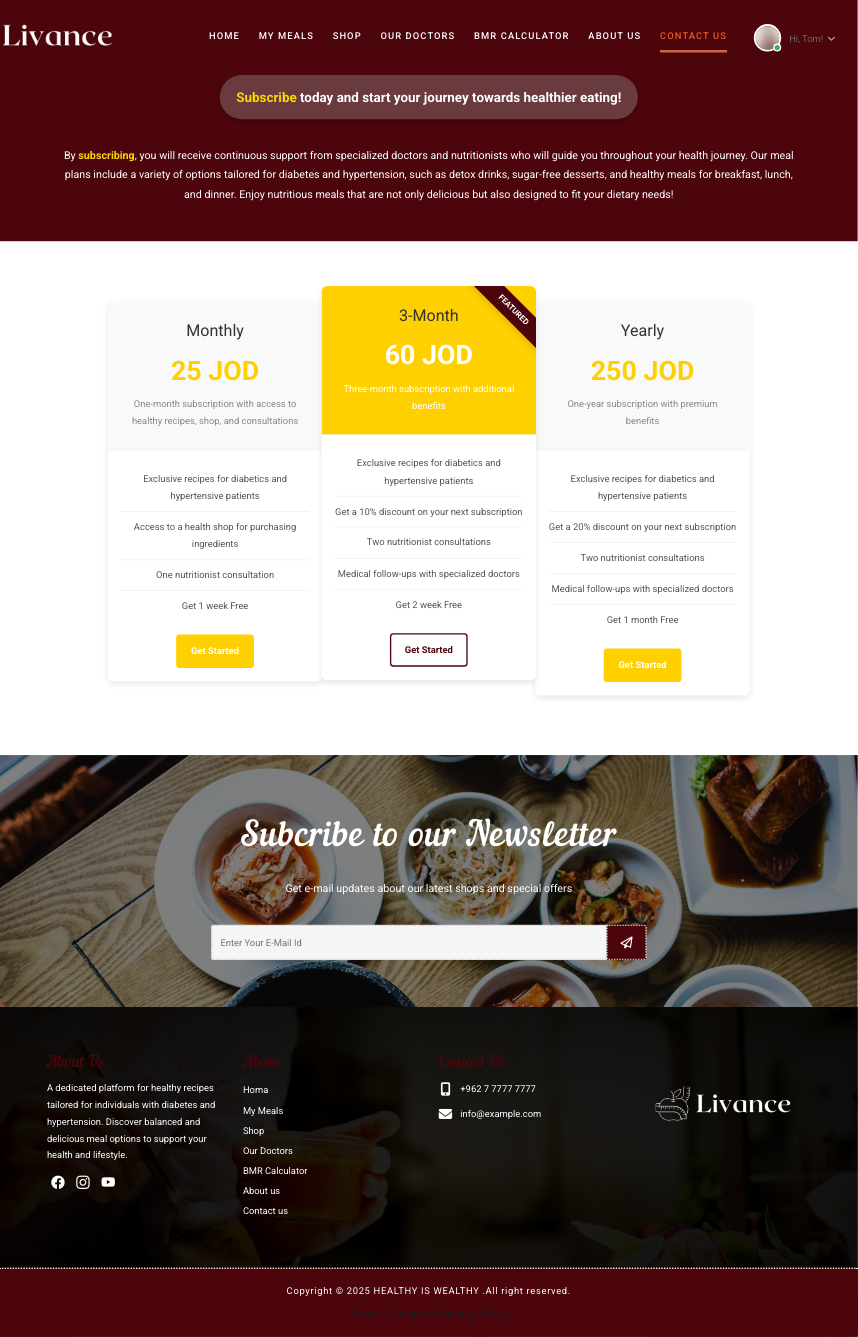
Repository: Surahailat/masterpiece
Page: masterpiece-p1/subsecribe.html
An editor plug-in stored every save of this project. The page is shown before and after a run of saves, followed by the edit.
The browser window is 1280 px wide. The pictures show the whole page, at 67% of full size.
Backgrounds fixed to the window are drawn as part of the page. Some web fonts or font styles are not loaded; a fallback is used. Some web libraries are served in a nearby version.

Above is the page before, as saved 2025-02-12 22:02:29.

After the next 2 saves:
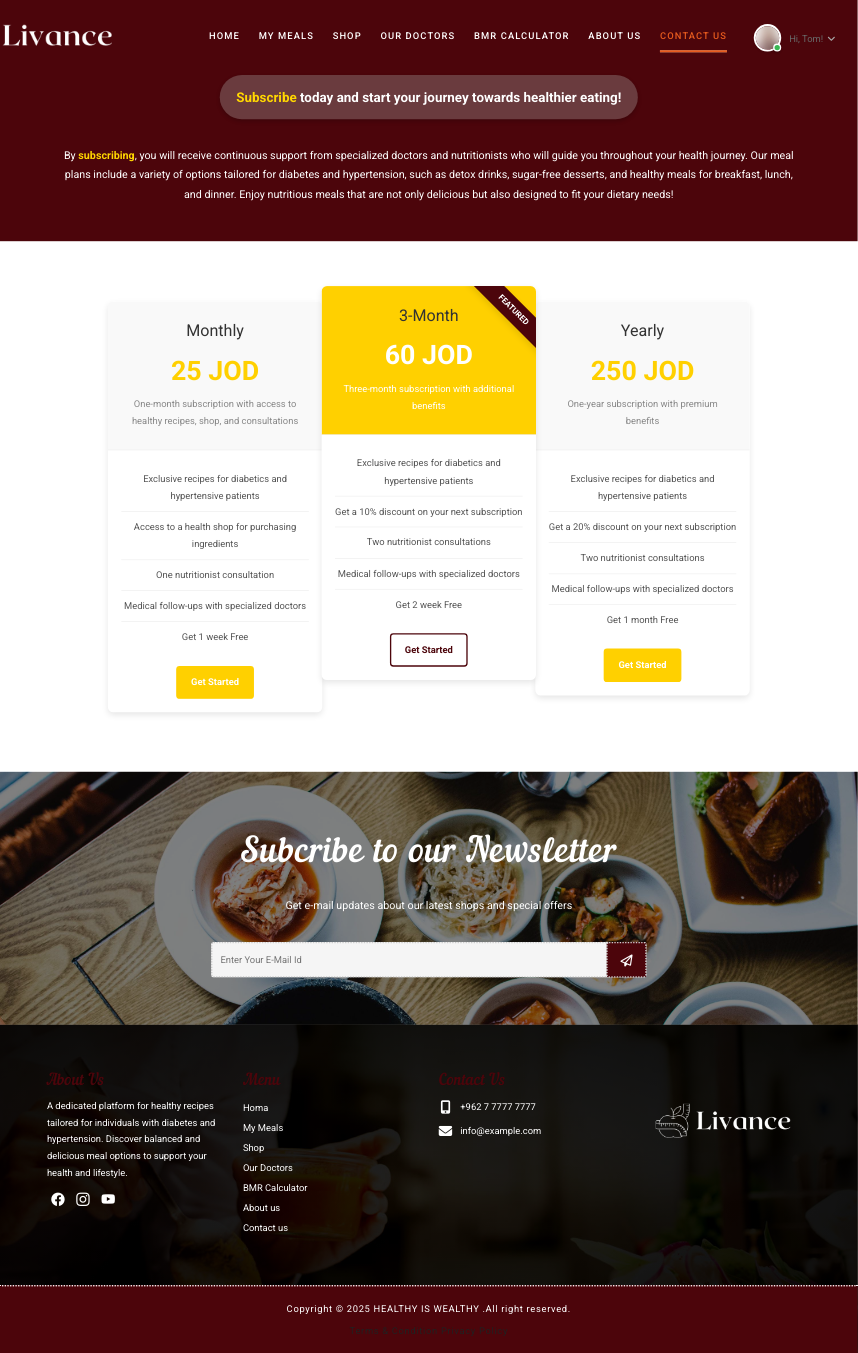
The 2 saves are shown as one change because they came seconds apart.
The last was saved 8 min 17 s later.
--- a/masterpiece-p1/subsecribe.html
+++ b/masterpiece-p1/subsecribe.html
@@ -146,6 +146,8 @@
                     <li>Exclusive recipes for diabetics and hypertensive patients</li>
                     <li>Access to a health shop for purchasing ingredients</li>
                     <li>One nutritionist consultation</li>
+                    <li>Medical follow-ups with specialized doctors</li>
+
                     <li>Get 1 week Free </li>
                 </ul>
                 <a href="#">Get Started</a>
